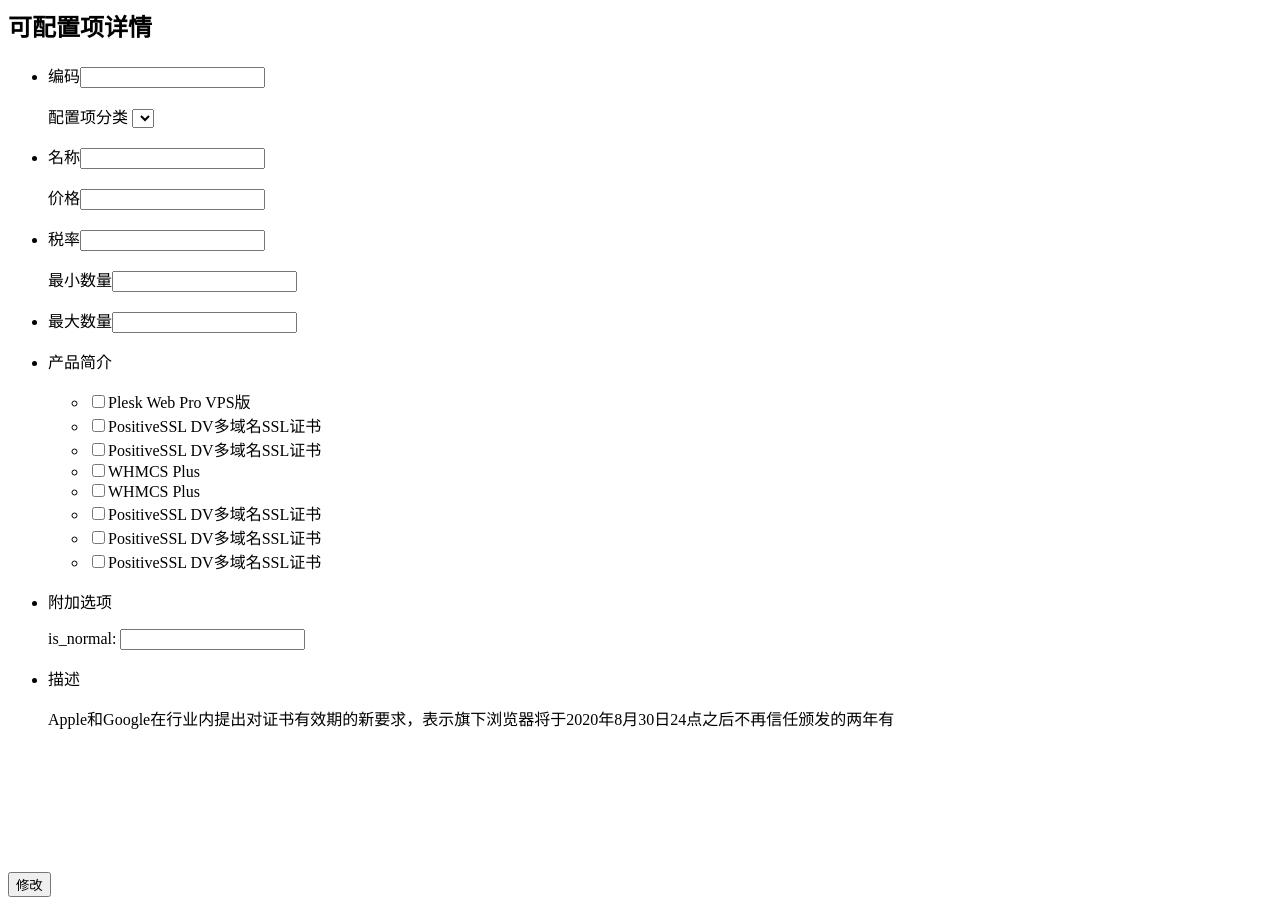
Repository: wangyan466393/racentSystem
Page: configurableDetail.html
An editor plug-in stored every save of this project. The page is shown before and after the next save, followed by the edit.
The browser window is 1280 px wide. The pictures show the whole page.

Above is the page before, as saved 2020-08-12 16:19:53.

### configurableDetail.html
<div id="content_box">
    <h2>可配置项详情</h2>
<div class="config_box">
    <div class="config_content">
        <ul>
            <li>

                <p>
                    <span>编码</span><input type="text" class="config_inp">
                </p>
                <p>
                    <span>配置项分类</span>
                    <select name="" id="" class="config_inp">
                        <option value=""></option>
                    </select>
                </p>
            </li>
            <li>

                <p>
                    <span>名称</span><input type="text" class="config_inp">
                </p>
                <p>
                    <span>价格</span><input type="number" class="config_inp">
                </p>
            </li>
            <li>

                <p>
                    <span>税率</span><input type="number" class="config_inp">
                </p>
                <p>
                    <span>最小数量</span><input type="number" class="config_inp">
                </p>
            </li>
            <li>

                <p>
                    <span>最大数量</span><input type="number" class="config_inp">
                </p>
            </li>
            <li>
               <p> <span>产品简介</span></p>
               <div class="intro_box">


                <ul class="intro">
                    <li>
                        <input type="checkbox"><label for="">Plesk Web Pro VPS版</label>
                    </li>
                    <li>
                        <input type="checkbox"><label for="">PositiveSSL DV多域名SSL证书</label>
                    </li>
                    <li>
                        <input type="checkbox"><label for="">PositiveSSL DV多域名SSL证书</label>
                    </li>
                    <li>
                        <input type="checkbox"><label for="">WHMCS Plus</label>
                    </li>
                    <li>
                        <input type="checkbox"><label for="">WHMCS Plus</label>
                    </li>
                    <li>
                        <input type="checkbox"><label for="">PositiveSSL DV多域名SSL证书</label>
                    </li>
                    <li>
                        <input type="checkbox"><label for="">PositiveSSL DV多域名SSL证书</label>
                    </li>
                    <li>
                        <input type="checkbox"><label for="">PositiveSSL DV多域名SSL证书</label>
                    </li>
                </ul>
            </div>
            </li>
            <li>
                <p>
                    <span>附加选项</span>
                    <div class="input_group">
                        <span class="input-group-addon">is_normal:</span>
                        <input type="text" class="form-control">
                    </div>

                </p>

            </li>
            <li>
               <p> <span>描述</span></p>
                <div class="e_content" style="width: 100%;min-height: 150px;">
                    <p>
                        Apple和Google在行业内提出对证书有效期的新要求，表示旗下浏览器将于2020年8月30日24点之后不再信任颁发的两年有
                    </p>
                </div>
            </li>

        </ul>
    </div>
</div>
</div>
<div class="email_back_btn">
    <button type="button">修改</button>
</div>

<script src="js/jquery-1.11.3.js"></script>
<script>
    getProductListsData();
    function getProductListsData() {
        var tableInfo = ""
        for (var i = 0; i < 15; i++) {    //遍历Table的所有Row
            tableInfo += `
            <li>
                <input type="checkbox"><label for="">PositiveSSL DV多域名SSL证书</label>
            </li>
            `
        }
        $(".right_content .intro").append(tableInfo)
    }
</script>

Loaded but not shown: js/jquery-1.11.3.js (library)

After the next save:
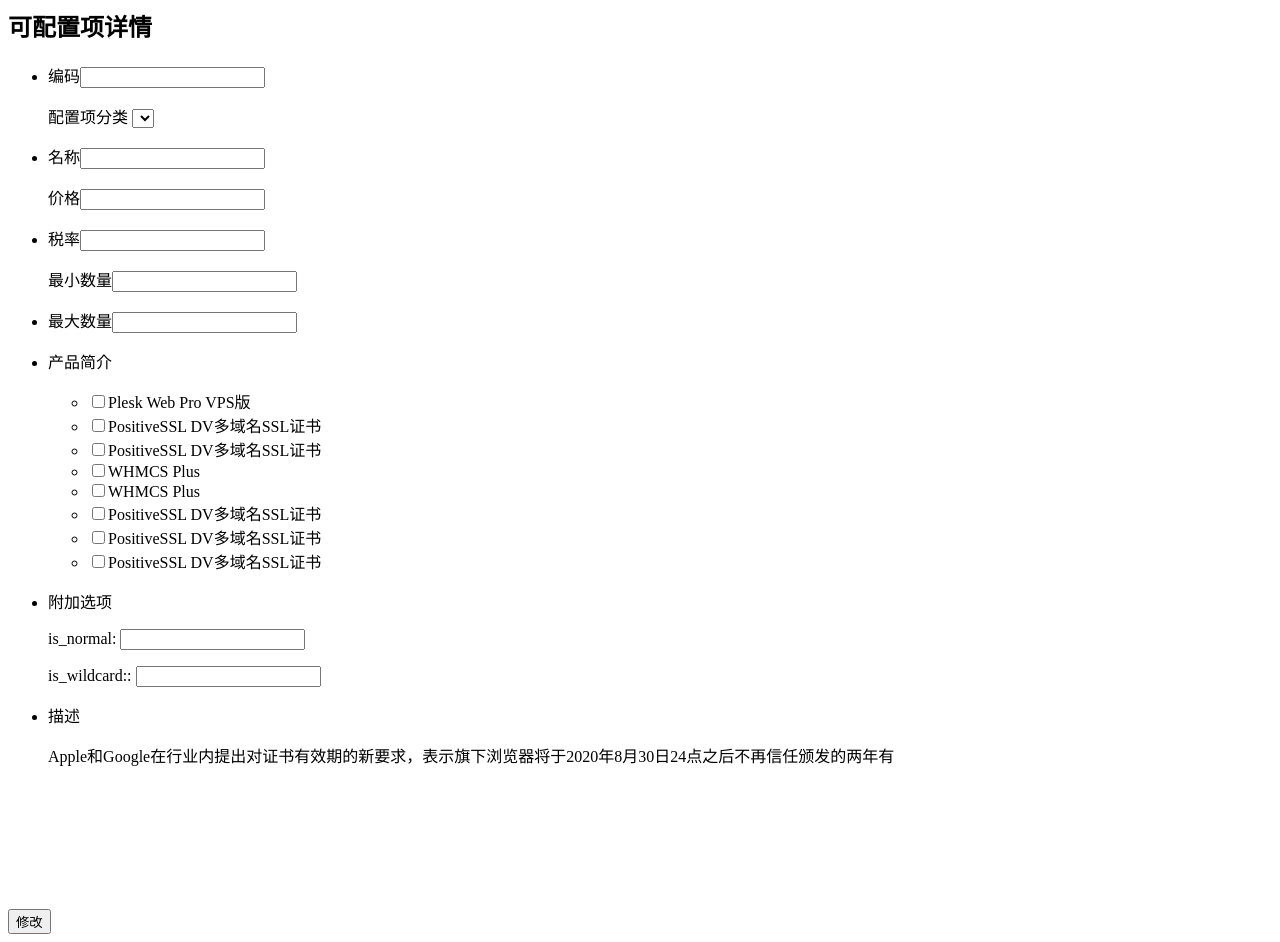
Saved 10 s later.
--- a/configurableDetail.html
+++ b/configurableDetail.html
@@ -81,7 +81,12 @@
                     </div>
 
                 </p>
-
+                <p>
+                    <div class="input_group">
+                        <span class="input-group-addon">is_wildcard::</span>
+                        <input type="text" class="form-control">
+                    </div>
+                </p>
             </li>
             <li>
                <p> <span>描述</span></p>
